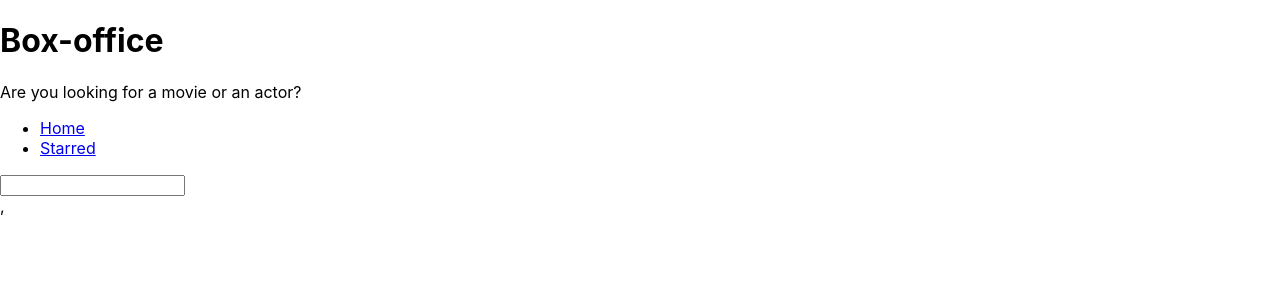
Repository: AishwaryaPandey987/Box-office-app
Page: /
The author's editor kept a copy of each file at every save. The page is drawn from the files as they stood at one save, then again after the next save.
The browser window is 1280 px wide. The pictures show the whole page.
The project was rebuilt for these pictures with package versions that can differ from the ones it lists, and the page was loaded fresh each time. A package was used in the major version that the imports need, not the one package.json lists. Also part of the build but not shown: src/pages/starred.js.

Above is the page before, as saved 2022-02-15 20:20:04.

After the next save:
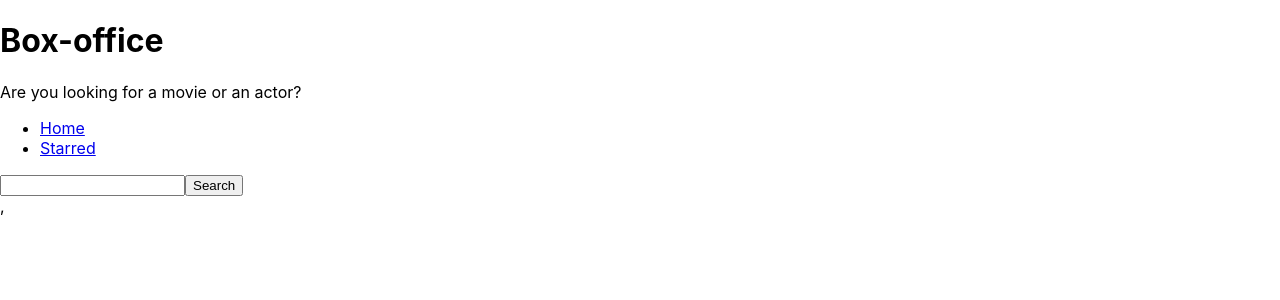
Saved 3 min 4 s later.
--- a/src/pages/Home.js
+++ b/src/pages/Home.js
@@ -10,9 +10,14 @@ const Home = () => {
   const onInputchange = ev =>{
     setInput(ev.target.value);
   };
+
+  const onsearch =() => {
+
+  }
   return (
     <MainpageLayout>
      <input type="text" onChange={onInputchange} value={input}/>
+      <button type="button" onClick={onsearch} >Search</button>
       </MainpageLayout>
   )
 }
